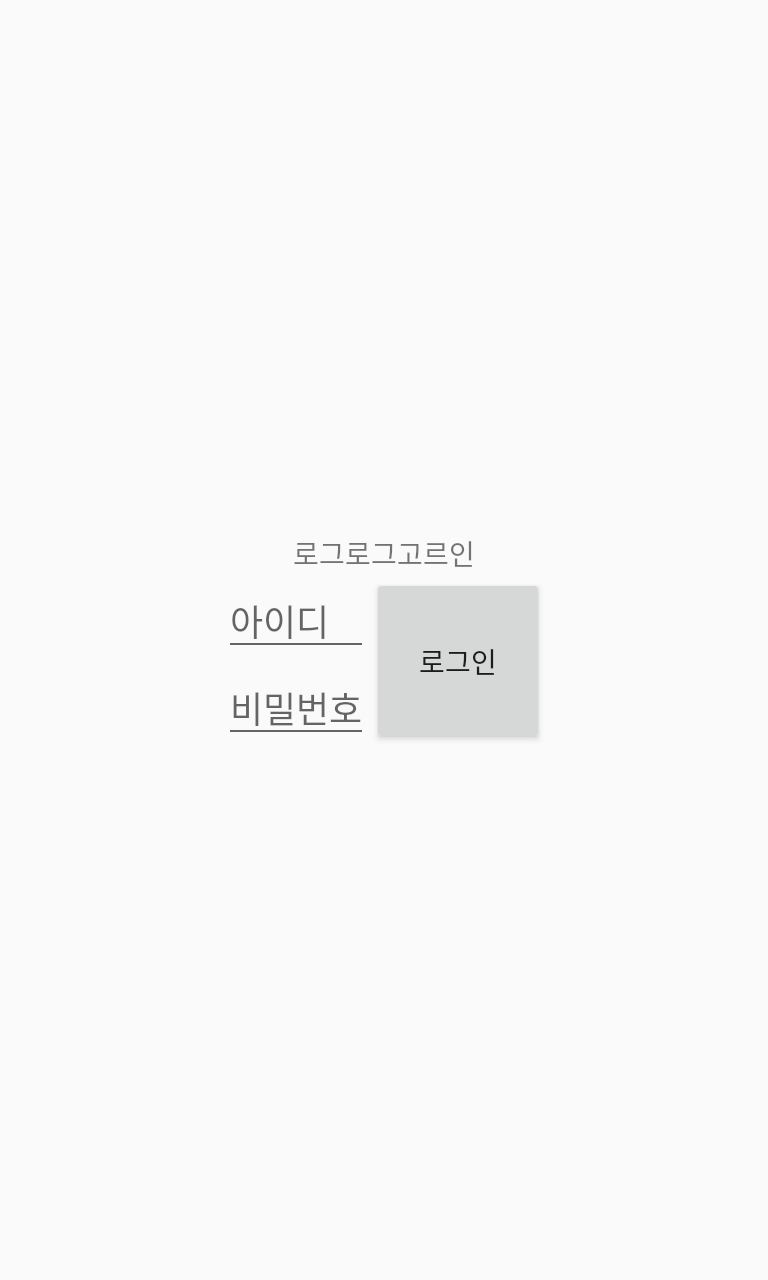
Repository: tae-jun/android
Layout: h1024_MulitipleActivities/res/layout/activity_main.xml
These files come from the project's save history. The layout is drawn as it stood at one moment and after the next save; the edit follows.
It is drawn on a 768 x 1280 px phone screen (xhdpi) without system bars, with theme AppTheme; the app's code is not run.

Above is the layout before, as saved 2014-10-23 14:34:40.

### h1024_MulitipleActivities/res/layout/activity_main.xml
<LinearLayout xmlns:android="http://schemas.android.com/apk/res/android"
    xmlns:tools="http://schemas.android.com/tools"
    android:layout_width="match_parent"
    android:layout_height="match_parent"
    android:gravity="center"
    android:orientation="vertical"
    tools:context="${relativePackage}.${activityClass}" >

    <TextView
        android:layout_width="match_parent"
        android:layout_height="wrap_content"
        android:gravity="center_horizontal"
        android:text="로그로그고르인" />

    <LinearLayout
        android:layout_width="match_parent"
        android:layout_height="wrap_content"
        android:gravity="center_horizontal"
        android:orientation="horizontal" >

        <LinearLayout
            android:layout_width="wrap_content"
            android:layout_height="wrap_content"
            android:orientation="vertical" >

            <EditText
                android:layout_width="match_parent"
                android:layout_height="wrap_content"
                android:layout_weight="1"
                android:hint="아이디" />

            <EditText
                android:layout_width="match_parent"
                android:layout_height="wrap_content"
                android:hint="비밀번호" />
        </LinearLayout>

        <Button
            android:layout_width="wrap_content"
            android:layout_height="match_parent"
            android:text="로그인" />
    </LinearLayout>

</LinearLayout>

Loaded but not shown: h1024_MulitipleActivities/res/values/styles.xml (common file); h1024_MulitipleActivities/res/values-v11/styles.xml (common file); h1024_MulitipleActivities/res/values-v14/styles.xml (common file)

After the next save:
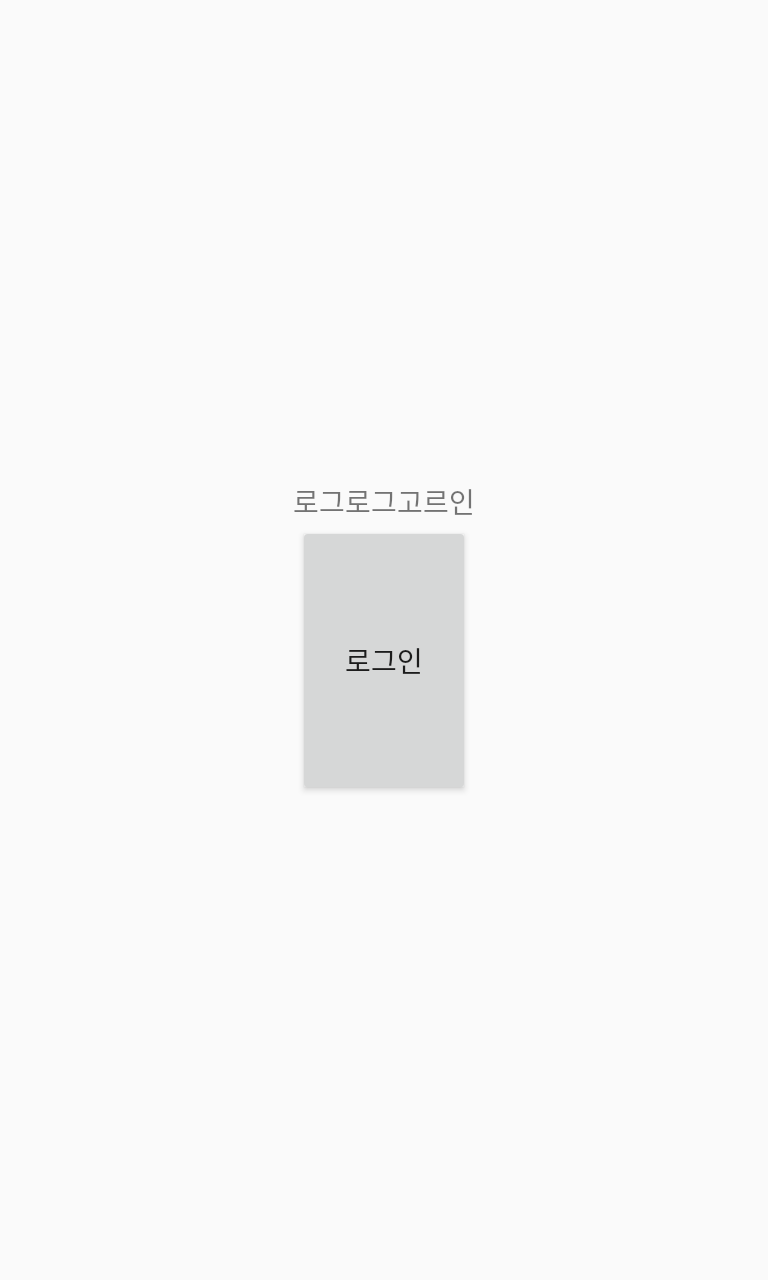
Saved 5 s later.
--- a/h1024_MulitipleActivities/res/layout/activity_main.xml
+++ b/h1024_MulitipleActivities/res/layout/activity_main.xml
@@ -24,7 +24,7 @@
             android:orientation="vertical" >
 
             <EditText
-                android:layout_width="match_parent"
+                android:layout_width="0dp"
                 android:layout_height="wrap_content"
                 android:layout_weight="1"
                 android:hint="아이디" />

After the 2 saves that followed:
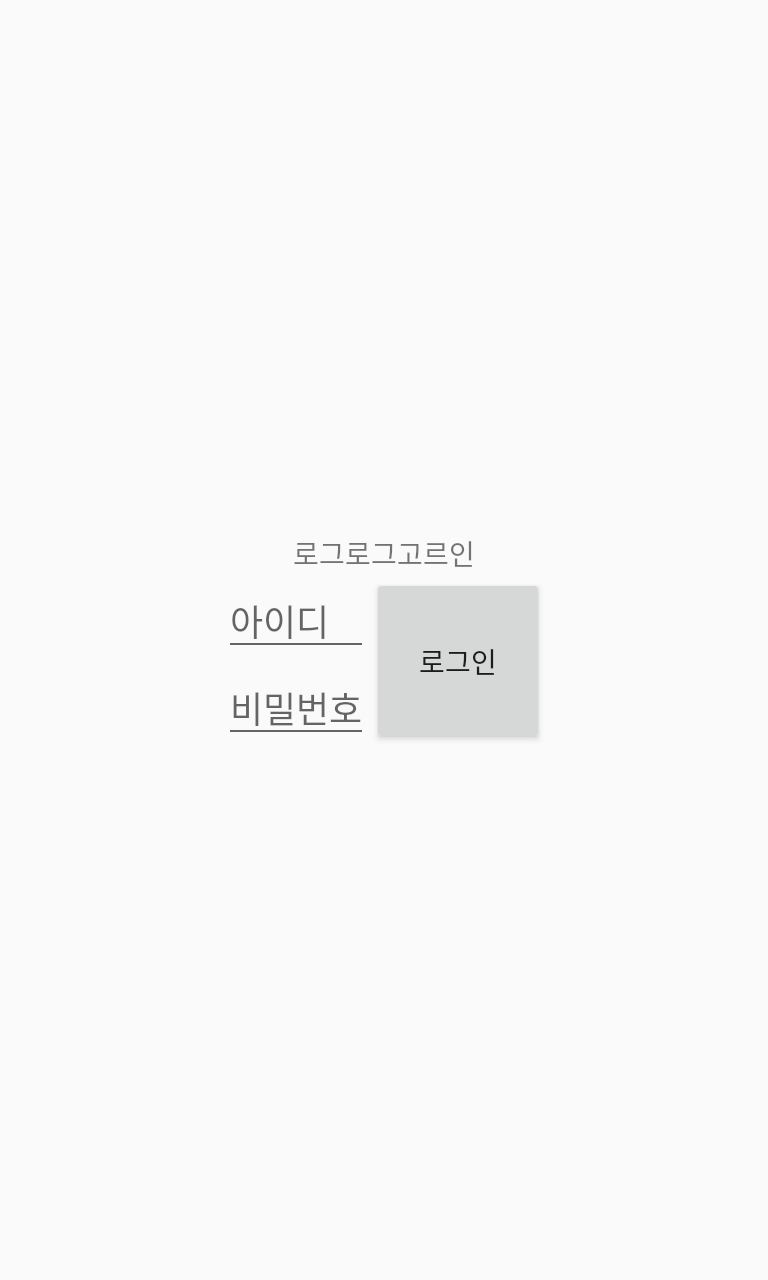
The 2 saves are shown as one change because they came seconds apart.
The last was saved 37 s later.
--- a/h1024_MulitipleActivities/res/layout/activity_main.xml
+++ b/h1024_MulitipleActivities/res/layout/activity_main.xml
@@ -24,9 +24,8 @@
             android:orientation="vertical" >
 
             <EditText
-                android:layout_width="0dp"
+                android:layout_width="match_parent"
                 android:layout_height="wrap_content"
-                android:layout_weight="1"
                 android:hint="아이디" />
 
             <EditText
